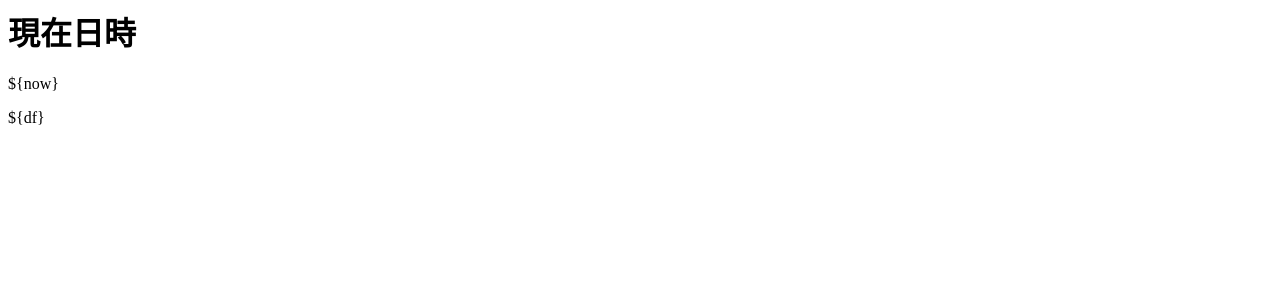
Repository: tttt1213/BIOSversion
Page: df2.html
The author's editor kept a copy of each file at every save. The page is drawn from the files as they stood at one save, then again after the next save.
The browser window is 1280 px wide. The pictures show the whole page.

Above is the page before, as saved 2023-03-29 16:34:36.

After the next save:
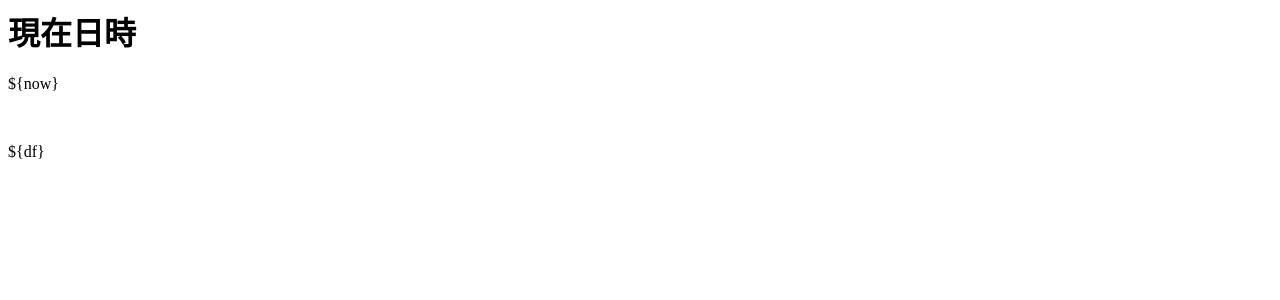
Saved 6 min 22 s later.
--- a/df2.html
+++ b/df2.html
@@ -5,6 +5,7 @@
     <body>
         <h1>現在日時</h1>
         <p>${now}</p>
+        <BR>
         <p>${df}</p>
     </body>
 </html>
